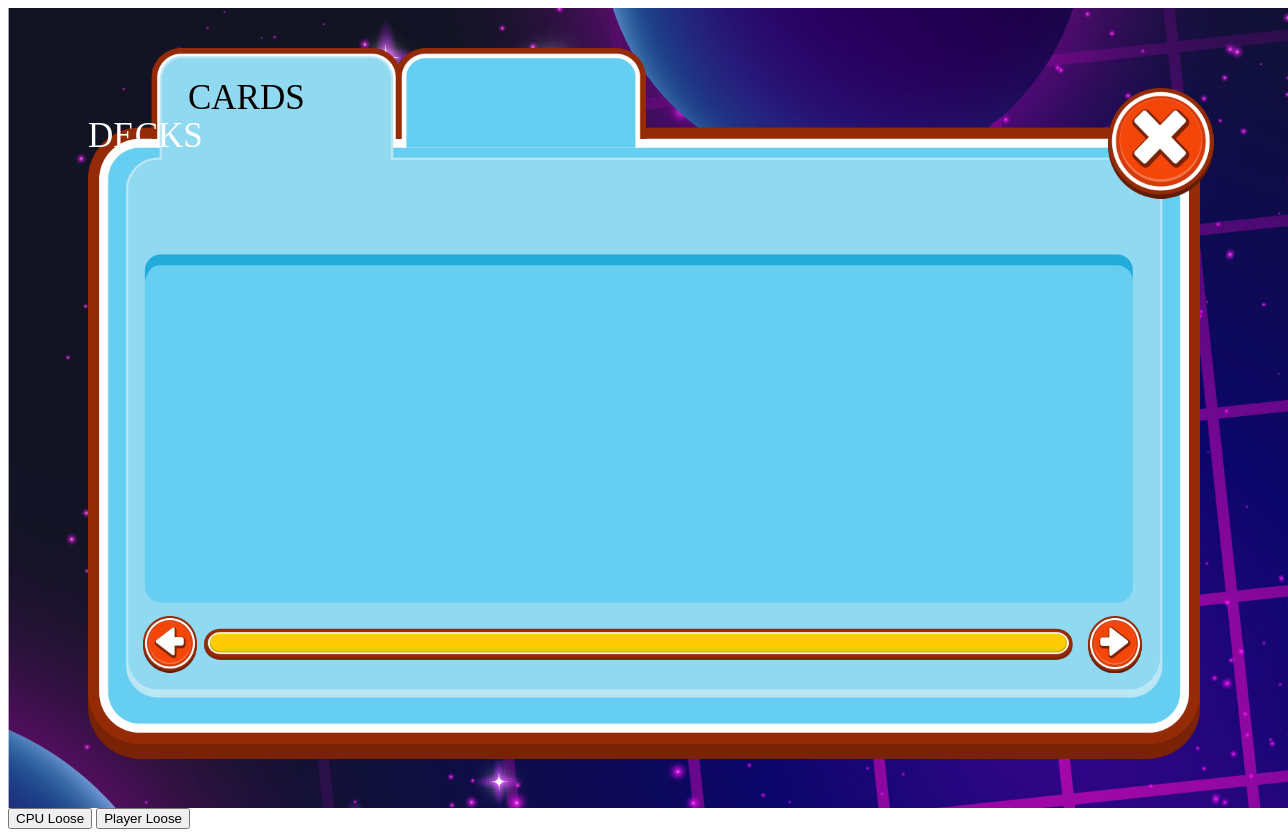
Repository: getvoiceagency/html5
Page: progress.html
The author's editor kept a record of every edit. The page is drawn from the files as they stood at one moment, then again after the next edit.
The browser window is 1280 px wide. The page is 1288 px wide, so the pictures cover 1288 px, including what lies to the right of the window. The pictures show the whole page.
Some web fonts or font styles are not loaded; a fallback is used. Some web libraries are served in a nearby version.

Above is the page before.

### progress.html
<html>
    <head>
        <title> </title>
        <script src="BattleCards.js"></script>
        <script src="https://cdnjs.cloudflare.com/ajax/libs/pixi.js/4.5.1/pixi.min.js"></script>
        <script src="https://cdnjs.cloudflare.com/ajax/libs/gsap/2.1.3/TweenMax.min.js"></script>
        <script src="https://cdnjs.cloudflare.com/ajax/libs/howler/2.1.2/howler.js"></script>
        <script src="https://cdnjs.cloudflare.com/ajax/libs/gsap/2.1.3/plugins/PixiPlugin.min.js"></script>
    </head>
     <style>
@import url('https://fonts.googleapis.com/css?family=McLaren&display=swap');
</style>
    <body>

<script>

/*global PIXI*/

//Render the main view
var renderer = PIXI.autoDetectRenderer(1280, 800,{});
    document.body.appendChild(renderer.view);

 // // Load the google fonts before starting...!
    window.WebFontConfig = {
        google: {
        families: ['McLaren',]
    },


};

// include the web-font loader script
/* jshint ignore:start */
       (function() {
        var wf = document.createElement('script');
        wf.src = ('https:' === document.location.protocol ? 'https' : 'http') +
        '://ajax.googleapis.com/ajax/libs/webfont/1/webfont.js';
        wf.type = 'text/javascript';
        wf.async = 'true';
        var s = document.getElementsByTagName('script')[0];
        s.parentNode.insertBefore(wf, s);
})();


    var  progress = new PIXI.Container();

    var container = new PIXI.Container();

// set container
//Set background
    progress.addChild(container);
    var landscapeTexture = PIXI.Texture.fromImage('2613089.jpg');
    var background = new PIXI.Sprite(landscapeTexture);

//Background to stage
    progress.addChild(background);

// Background positions
    background.anchor.x = 0;
    background.anchor.y = 0;
    background.position.x = 0;
    background.position.y = 0;
    background.scale.x =0.7;
    background.scale.y =0.7;

//construct the images
{
// menu-ui
         { var deckUi = PIXI.Sprite.fromImage('deck ui.png');
container.addChild(deckUi);
    }
    { var cancelUi = PIXI.Sprite.fromImage('cancel.png');
container.addChild(cancelUi);
    }

    { var arrowLeftUi = PIXI.Sprite.fromImage('arrow left.png');
container.addChild(arrowLeftUi);
    }

    { var arrowRightUi = PIXI.Sprite.fromImage('arrow right.png');
container.addChild(arrowRightUi);
    }

}

// Construct the text

 var cardText = new PIXI.Text('CARDS', { font: '35px McLaren', fill: 'black', align: 'center' });
var deckText = new PIXI.Text('DECKS', { font: '35px McLaren', fill: 'white', align: 'center' });


// set container
    container.x = 34;
    container.y = 10;

    //Position the menu
    deckUi.anchor.x = 0;
    deckUi.anchor.y = 0;
    deckUi.position.x = 80;
    deckUi.position.y = 40;
    deckUi.scale.x = 0.7;
    deckUi.scale.y = 0.7;

    //position cancel
    cancelUi.anchor.x = 0;
    cancelUi.anchor.y = 0;
    cancelUi.position.x = 1100;
    cancelUi.position.y = 80;
    cancelUi.scale.x = 0.7;
    cancelUi.scale.y = 0.7;

    //position arrow left
    arrowLeftUi.anchor.x = 0;
    arrowLeftUi.anchor.y = 0;
    arrowLeftUi.position.x = 135;
    arrowLeftUi.position.y = 608;
    arrowLeftUi.scale.x = 0.7;
    arrowLeftUi.scale.y = 0.7;

    // possition arrow right
    arrowRightUi.anchor.x = 0;
    arrowRightUi.anchor.y = 0;
    arrowRightUi.position.x = 1080;
    arrowRightUi.position.y = 608;
    arrowRightUi.scale.x = 0.7;
    arrowRightUi.scale.y = 0.7;


        // possition arrow right
    cardText.anchor.x = 0;
    cardText.anchor.y = 0;
    cardText.position.x = 180;
    cardText.position.y = 70;
    cardText.scale.x = 1.0;
    cardText.scale.y = 1.0;


        // possition arrow right
    deckText.anchor.x = 0;
    deckText.anchor.y = 0;
    deckText.position.x = 080;
    deckText.position.y = 108;
    deckText.scale.x = 1.0;
    deckText.scale.y = 1.0;




    //Paint images to screen

    progress.addChild(deckUi);
    progress.addChild(cancelUi);
    progress.addChild(arrowLeftUi);
    progress.addChild(arrowRightUi);
    progress.addChild(deckText);
    progress.addChild(cardText);


// start animating
    animate();

    function animate() {



    requestAnimationFrame(animate);

    // render the root container
    renderer.render(progress);
}
</script>


</body>
<button id="cpuLoose">CPU Loose</button>
<button id="playerLoose">Player Loose</button>



</html>

### BattleCards.js
"use strict";
//Player Card Stats
var plStar = 6;
var plHeart = 5;
var plDefence = 4;
var plBlue = 1;
var plOrange = 3;
var plGreen = 5;
var plHealth = 10;
var plTwistColour = "green";
//CPU card stats
var emStar = 8;
var emHeart = 6;
var emDefence = 5;
var emBlue = 3;
var emOrange = 4;
var emGreen = 6;
var emHealth = 10;
var emTwistColour = "green";
var plPower = 0;
var plTwist = 0;
var emPower = 0;
var emTwist = 0;
var plBonus = 0;
var emBonus = 0;
var winner = 0;
//Damage Mechanics
var dmgModel = 0;
var plResultPower = Math.max(plStar, plHeart, plDefence);
var plResultTwist = Math.max(plBlue, plOrange, plGreen);
var emResultPower = Math.max(emStar, emHeart, emDefence);
var emResultTwist = Math.max(emBlue, emOrange, emGreen);
if (plStar = plResultPower) {
    plPower = plResultPower;
    console.log(({ plPower: plPower }));
}
else if (plHeart = plResultPower) {
    plPower = plResultPower;
    console.log(({ plPower: plPower }));
}
else if (plDefence = plResultPower) {
    plPower = plResultPower;
    console.log(({ plPower: plPower }));
}
//Find which twist was the greater and add it's value to emTwist
if (plBlue = plResultTwist) {
    plTwist = plResultTwist;
    console.log(({ plTwist: plTwist }));
}
else if (plOrange = plResultTwist) {
    plTwist = plResultTwist;
    console.log(({ plTwist: plTwist }));
}
else if (plGreen = plResultTwist) {
    plTwist = plResultTwist;
    console.log(({ plTwist: plTwist }));
}
// CPU chooses
if (emStar = emResultPower) {
    emPower = emResultPower;
    console.log(({ emPower: emPower }));
}
else if (emHeart = emResultPower) {
    emPower = emResultPower;
    console.log(({ emPower: emPower }));
}
else if (emDefence = emResultPower) {
    emPower = emResultPower;
    console.log(({ emPower: emPower }));
}
//Find which twist was the greater and add it's value to emTwist
if (emBlue = emResultTwist) {
    emTwist = emResultTwist;
    console.log(({ emTwist: emTwist }));
}
else if (plOrange = emResultTwist) {
    emTwist = emResultTwist;
    console.log(({ emTwist: emTwist }));
}
else if (emGreen = emResultTwist) {
    emTwist = emResultTwist;
    console.log(({ emTwist: emTwist }));
}
//check for colours and add bonus to attack via plBonus
if (plTwistColour = "green", emTwistColour = "green") {
    plBonus = 2;
    emBonus = 1;
    console.log(({ emBonus: emBonus }));
}
else if (plTwistColour = "green", emTwistColour = "orange") {
    plBonus = 2;
    emBonus = 1;
    console.log(({ emTwist: emTwist }));
}
else if (plTwistColour = "green", emTwistColour = "blue") {
    plBonus = 2;
    emBonus = 1;
    console.log(({ emTwist: emTwist }));
}
else if (plTwistColour = "blue", emTwistColour = "blue") {
    plBonus = 2;
    emBonus = 1;
    console.log(({ emTwist: emTwist }));
}
else if (plTwistColour = "blue", emTwistColour = "orange") {
    plBonus = 2;
    emBonus = 1;
    console.log(({ emTwist: emTwist }));
}
else if (plTwistColour = "blue", emTwistColour = "green") {
    plBonus = 2;
    emBonus = 1;
    console.log(({ emTwist: emTwist }));
}
else if (plTwistColour = "orange", emTwistColour = "orange") {
    plBonus = 2;
    emBonus = 1;
    console.log(({ emTwist: emTwist }));
}
else if (plTwistColour = "orange", emTwistColour = "blue") {
    plBonus = 2;
    emBonus = 1;
    console.log(({ emTwist: emTwist }));
}
else if (plTwistColour = "orange", emTwistColour = "green") {
    plBonus = 2;
    emBonus = 1;
    console.log(({ emTwist: emTwist }));
}
// calculate based on card stats how much damage is done.
// calculate Attack Power
var plAttack = plPower + plTwist + plBonus;
var emAttack = emPower + emTwist + emBonus;
// Who has the highest attack power
if (plAttack > emAttack) {
    dmgModel = plAttack - emDefence;
    emHeart = emHeart - dmgModel;
    //if the card looses all health do 1dmg to cpu
    if (emHeart < 1) {
        emHealth = emHealth - 1;
        //sucky solution want booleen
        winner = 1;
    }
    // check cpu health for negative
    if (emHealth < 0) {
        emHealth = 0;
    }
    console.log(("Player won"));
}
else if (emAttack > plAttack) {
    dmgModel = emAttack - plDefence;
    plHeart = plHeart - dmgModel;
    if (plHeart < 1) {
        plHealth = plHealth - 1;
    }
    if (plHealth < 0) {
        plHealth = 0;
        winner = 2;
    }
    console.log(("CPU Won"));
}
else if (plAttack = emAttack) {
    console.log(("Draw"));
}
event;
//show me show me... lovely stats
console.log(({ plHealth: plHealth }));
console.log(({ emHealth: emHealth }));
console.log(({ plAttack: plAttack }));
console.log(({ emAttack: emAttack }));
console.log(({ dmgModel: dmgModel }));
console.log(({ plHeart: plHeart }));
console.log(({ emHeart: emHeart }));
//Console

After the next edit:
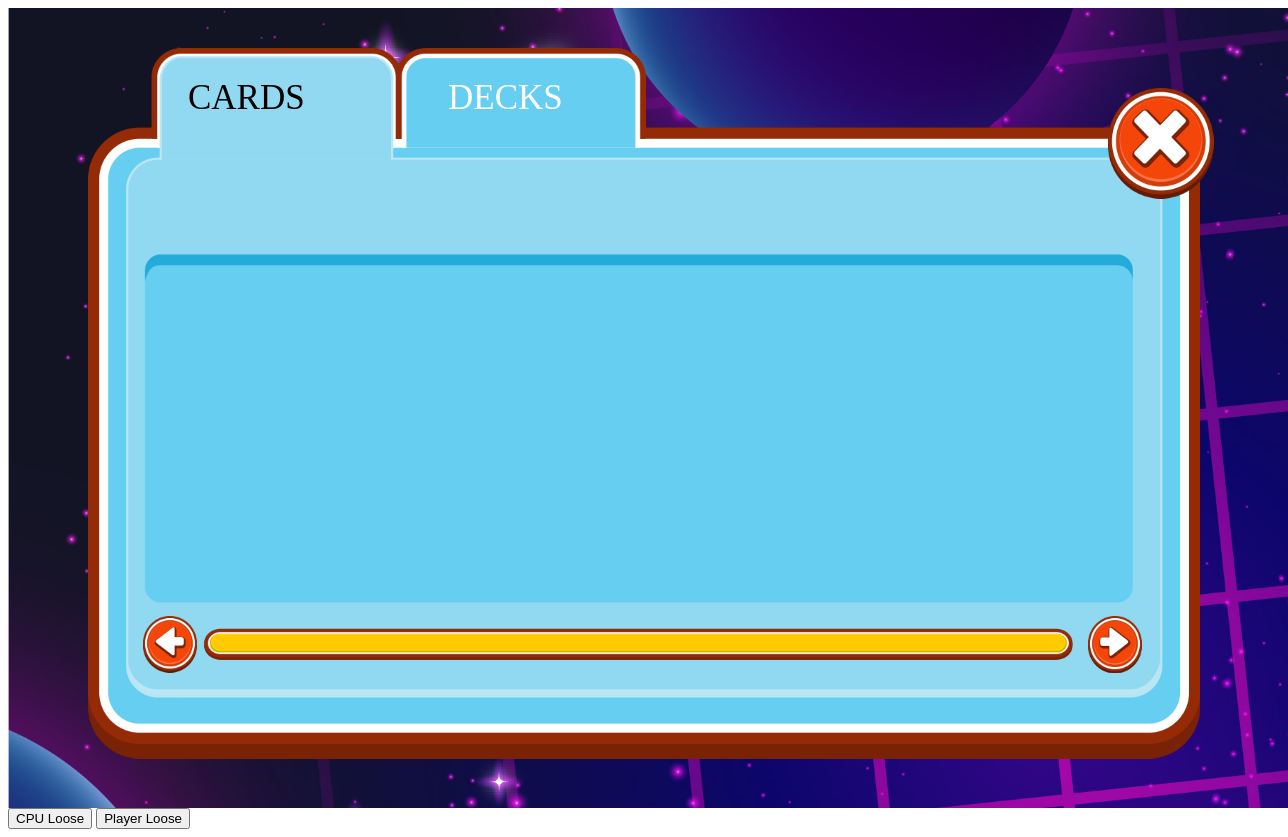
The edit:
--- a/progress.html
+++ b/progress.html
@@ -138,8 +138,8 @@
         // possition arrow right
     deckText.anchor.x = 0;
     deckText.anchor.y = 0;
-    deckText.position.x = 080;
-    deckText.position.y = 108;
+    deckText.position.x = 440;
+    deckText.position.y = 70;
     deckText.scale.x = 1.0;
     deckText.scale.y = 1.0;
 
